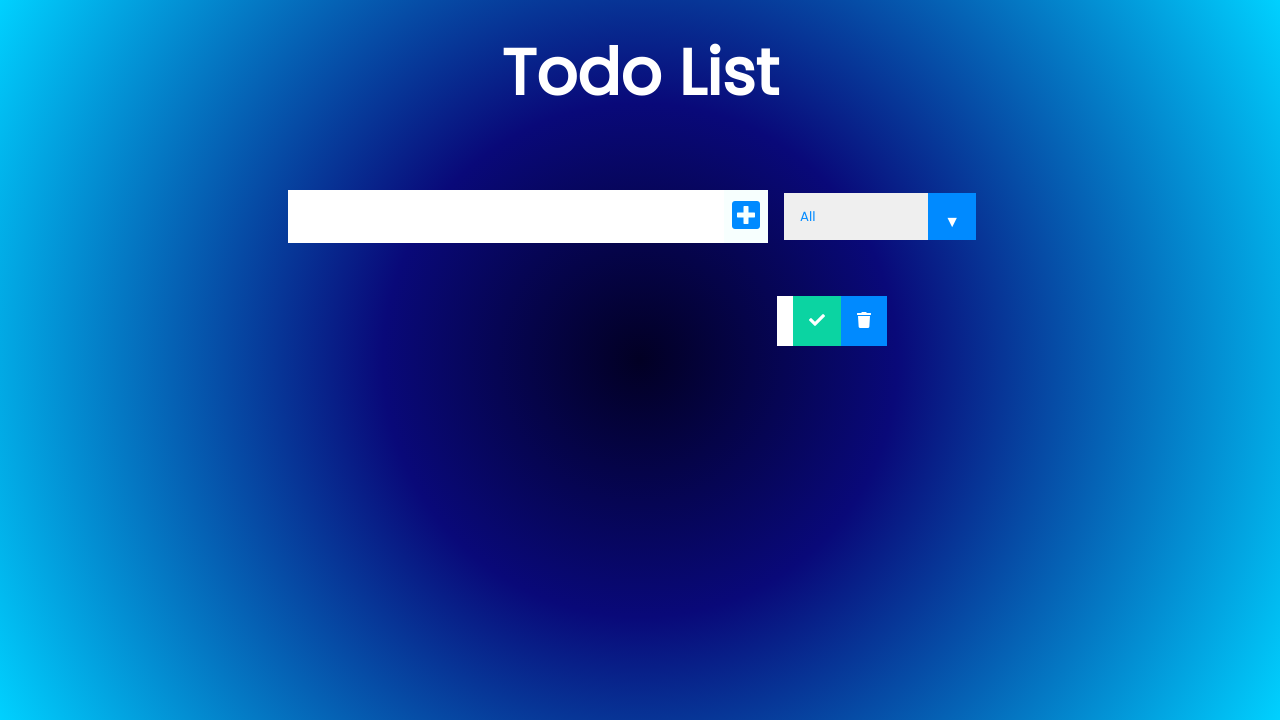
Repository: chellshelove/WADS_Assignment_TodoApp
Page: /
These files come from the project's save history. The page is drawn as it stood at one moment and after the next save; the edit follows.
The browser window is 1280 px wide. The pictures show the whole page.
Some web libraries are served in a nearby version. The project was rebuilt for these pictures with package versions that can differ from the ones it lists, and the page was loaded fresh each time.

Above is the page before, as saved 2023-03-09 21:01:05.

### src/App.js
import React, {useState} from 'react';
import './App.css';
//importing components
import Form from './components/Form';
import TodoList from './components/TodoList';

function App() {
  const [inputText, setInputText] = useState("");
  const [todos, setTodos] = useState([]);
  return (
    <div className="todo-app">
      <header>
        <h1>Todo List</h1>
      </header>
      <Form inputText={inputText} todos={todos} setTodos={setTodos} setInputTtext={setInputText}/>
      <TodoList />
    </div>
  );
}

export default App;

### src/App.css
* {
  margin: 0;
  padding: 0;
  box-sizing: border-box;
}
body {
  background-image: radial-gradient(circle, rgba(2,0,36,1) 0%, rgba(9,9,121,1) 35%, rgba(0,209,255,1) 100%);
  color: white;
  font-family: "Poppins", sans-serif;
  min-height: 100vh;
}
header {
  font-size: 2rem;
}

header,
form {
  min-height: 20vh;
  display: flex;
  justify-content: center;
  align-items: center;
}
form input,
form button {
  padding: 0.5rem;
  font-size: 2rem;
  border: none;
  background: white;
}
form button {
  color: #008aff;
  background: #f7fffe;
  cursor: pointer;
  transition: all 0.3s ease;
}
form button:hover {
  background: #00ddff;
  color: white;
}
.todo-container {
  display: flex;
  justify-content: center;
  align-items: center;
}

.todo-list {
  min-width: 30%;
  list-style: none;
}

.todo {
  margin: 0.5rem;
  background: white;
  font-size: 1.5rem;
  color: black;
  display: flex;
  justify-content: space-between;
  align-items: center;
  transition: all 1s ease;
}
.filter-todo {
  padding: 1rem;
}
.todo li {
  flex: 1;
}

.trash-btn,
.complete-btn {
  background: #008aff;
  color: white;
  border: none;
  padding: 1rem;
  cursor: pointer;
  font-size: 1rem;
}
.complete-btn {
  background: rgb(11, 212, 162);
}
.todo-item {
  padding: 0rem 0.5rem;
}

.fa-trash,
.fa-check {
  pointer-events: none;
}

.fall {
  transform: translateY(10rem) rotateZ(20deg);
  opacity: 0;
}

.completed {
  text-decoration: line-through;
  opacity: 0.5;
}

/*CUSTOM SELECTOR */
select {
  -webkit-appearance: none;
  -moz-appearance: none;
  -ms-appearance: none;
  appearance: none;
  outline: 0;
  box-shadow: none;
  border: 0 !important;
  background-image: none;
}

/* Custom Select */
.select {
  margin: 1rem;
  position: relative;
  overflow: hidden;
}
select {
  color: #008aff;
  font-family: "Poppins", sans-serif;
  cursor: pointer;
  width: 12rem;
}
/* Arrow */
.select::after {
  content: "\25BC";
  position: absolute;
  top: 0;
  right: 0;
  padding: 1rem;
  background: #008aff;
  cursor: pointer;
  pointer-events: none;
}
/* Transition */
/*
.select:hover::after {
  transform: scale(1.5);
}
*/

### src/components/Form.js
import React from 'react'

const Form = ({setInputText, todos, setTodos, inputText}) => {
    const inputTextHandler = (e) => {
        console.log(e.target.value);
        setInputText(e.target.value);
    };
    const submitTodoHandler = (e) => {
        e.preventDefault();
        setTodos = ([
            ...todos, {text: inputText, completed: false, id: Math.random() * 10000},
        ]);
        setInputText("");
    };
    return(
        <form>
      <input
      //value = {inputText}
      onChange={inputTextHandler} type="text" className="todo-input" />
      <button onClick={submitTodoHandler} className="todo-button" type="submit">
        <i className="fas fa-plus-square"></i>
      </button>
      <div className="select">
        <select name="todos" className="filter-todo">
          <option value="all">All</option>
          <option value="completed">Completed</option>
          <option value="uncompleted">Uncompleted</option>
        </select>
      </div>
    </form>
    );
}

export default Form;

### src/components/TodoList.js
import React from 'react';
import Todo from './Todo';

const TodoList = () => {
    return(
        <div className="todo-container">
      <ul className="todo-list"></ul>
      <Todo />
    </div>
    );
};

export default TodoList;

### src/components/Todo.js
import React from 'react'

const Todo = () => {
    return(
        <div className="todo">
            <li className="todo item"></li>
            <button className="complete-btn">
                <i className="fas fa-check"></i>
            </button>
            <button  className="trash-btn">
                <i className="fas fa-trash"></i>
            </button>
        </div>
    );
};

export default Todo;

Loaded but not shown: public/index.html (common file); src/index.js (common file)

After the next save:
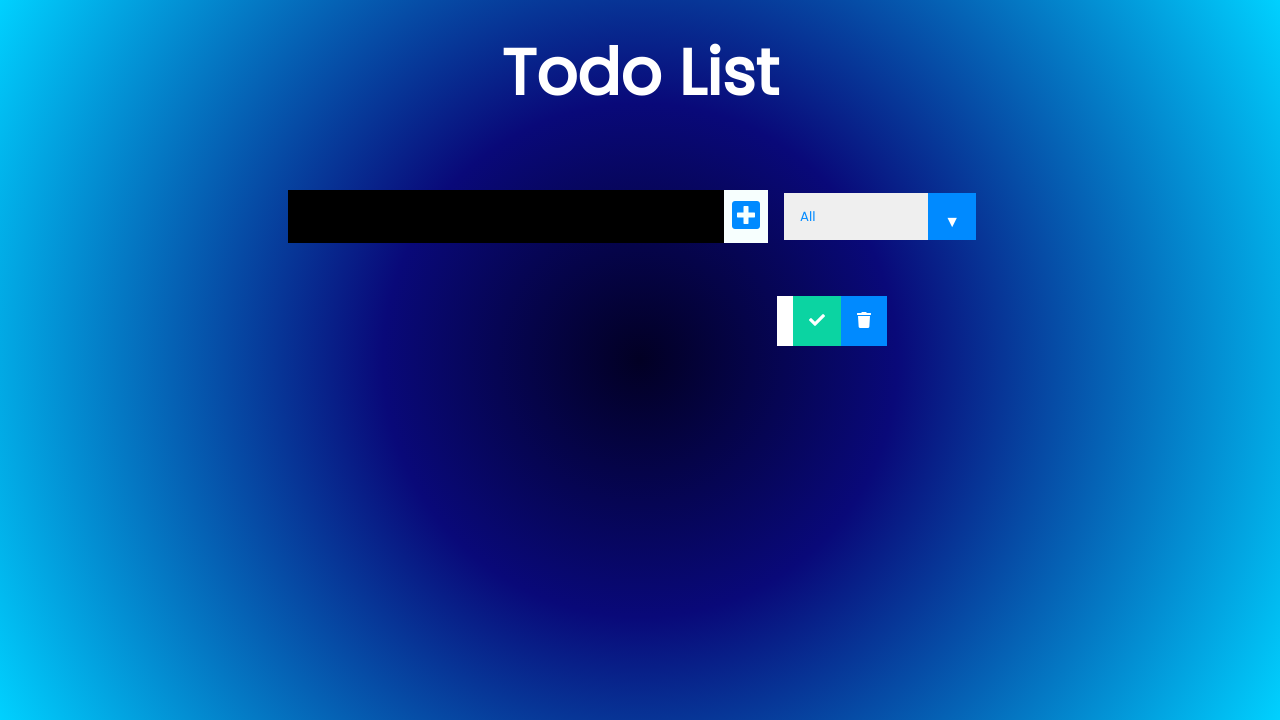
Saved 2 min 10 s later.
--- a/src/App.css
+++ b/src/App.css
@@ -25,7 +25,7 @@
   padding: 0.5rem;
   font-size: 2rem;
   border: none;
-  background: white;
+  background: black;
 }
 form button {
   color: #008aff;

After the save that followed:
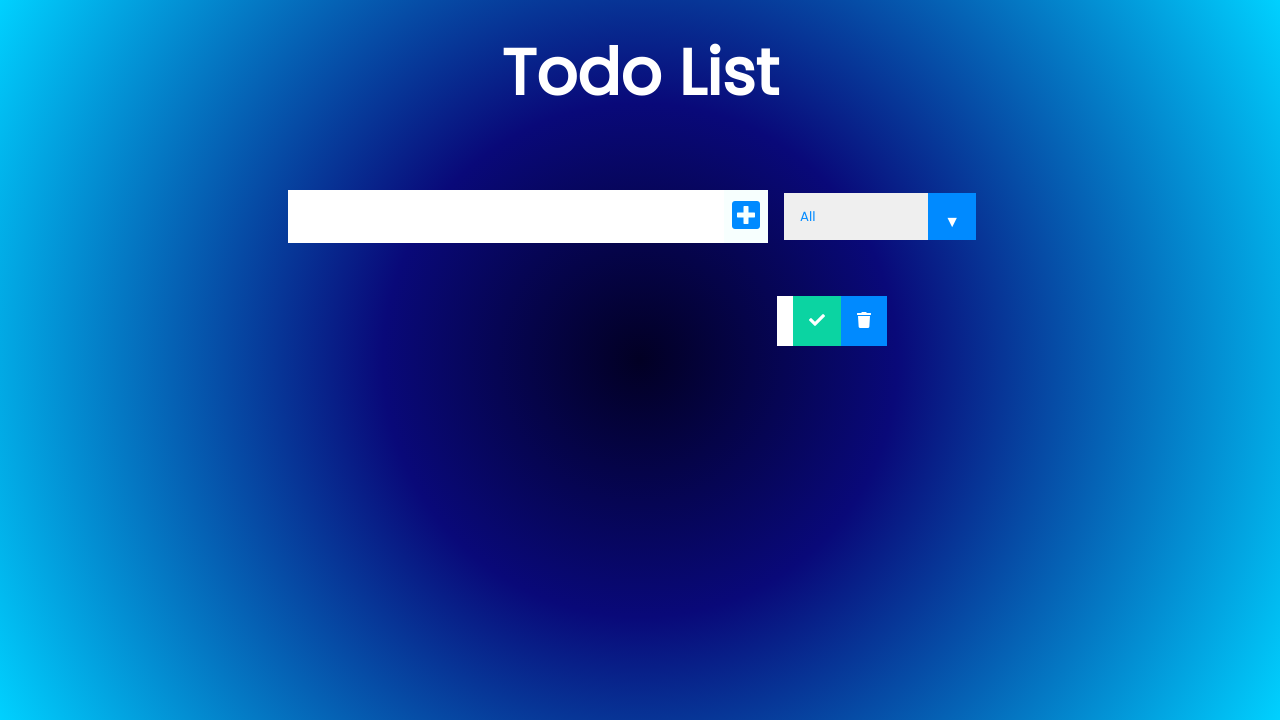
Saved 7 s later.
--- a/src/App.css
+++ b/src/App.css
@@ -25,7 +25,7 @@
   padding: 0.5rem;
   font-size: 2rem;
   border: none;
-  background: black;
+  background: white;
 }
 form button {
   color: #008aff;
